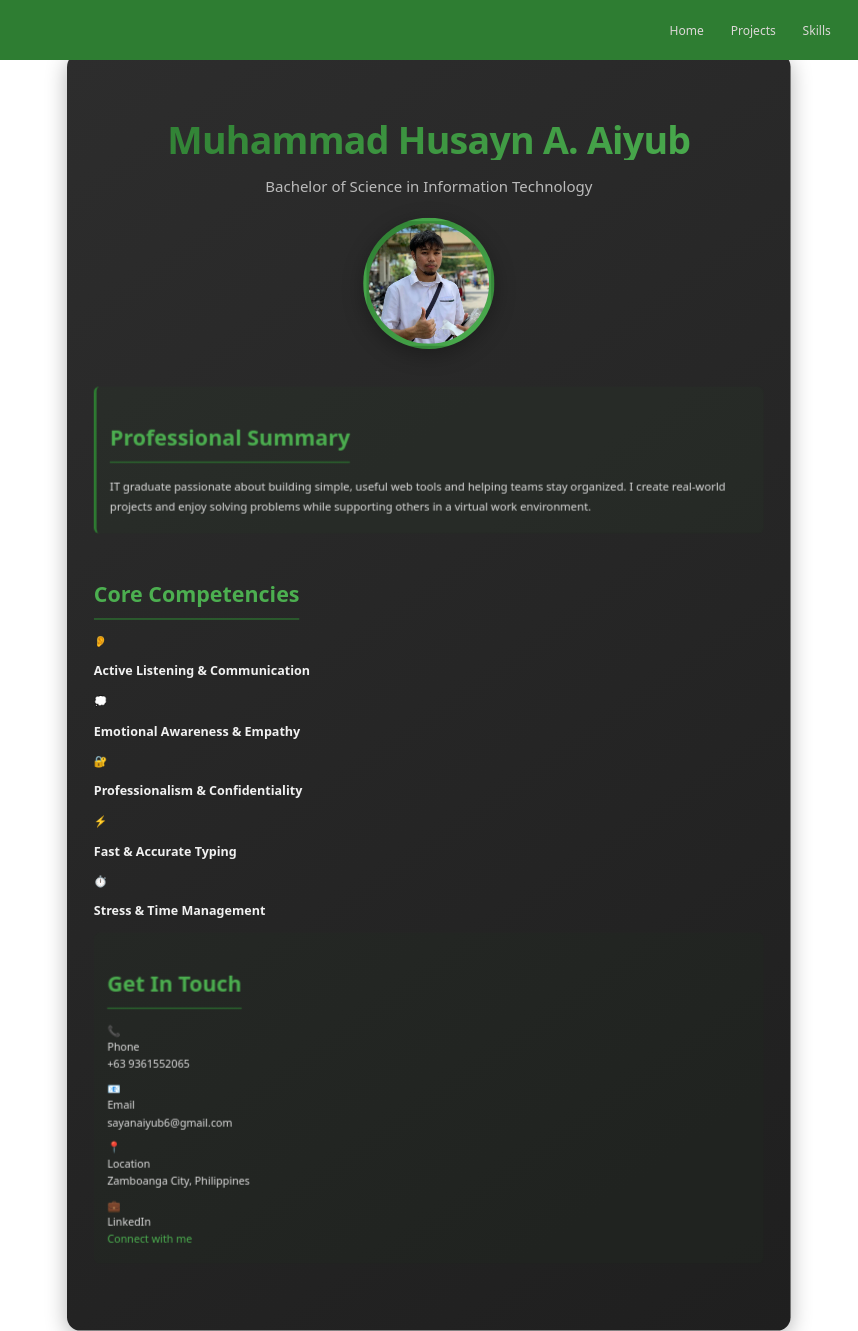
Repository: SAYANA11/portfolio
Page: /
The author's editor kept a copy of each file at every save. The page is drawn from the files as they stood at one save, then again after the next save.
The browser window is 1280 px wide. The pictures show the whole page, at 67% of full size.
The project was rebuilt for these pictures with package versions that can differ from the ones it lists, and the page was loaded fresh each time. Also part of the build but not shown: vite.config.js, src/components/Projects.css, src/components/Projects.jsx, src/components/Skills.css, src/components/Skills.jsx.

Above is the page before, as saved 2026-02-16 20:41:24.

After the next save:
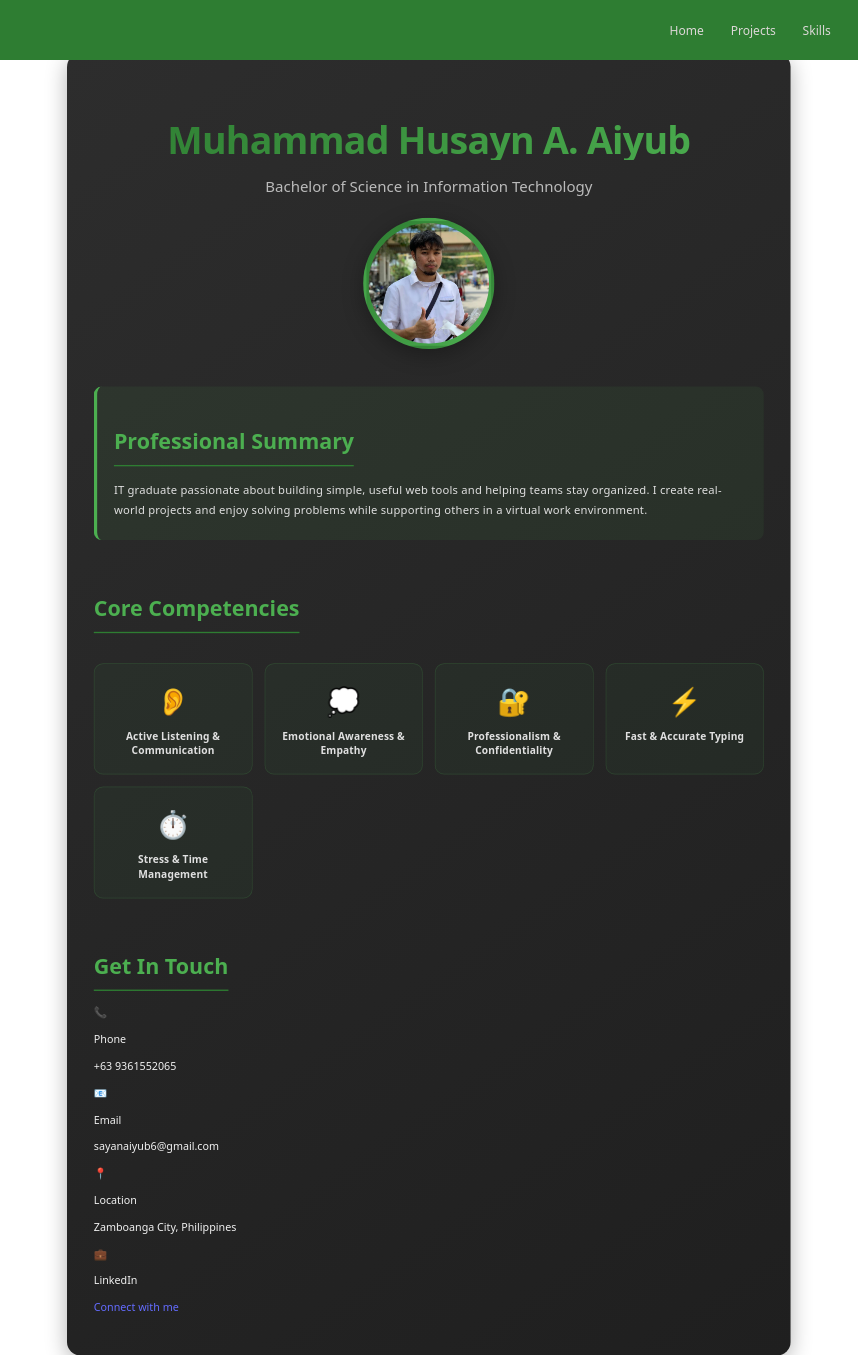
Saved 10 s later.
--- a/src/components/Hero.css
+++ b/src/components/Hero.css
@@ -127,21 +127,84 @@
 
       /* About Section */
       .about-section {
-        margin-bottom: 40px;
-        padding: 25px 20px;
-        background: rgba(46, 125, 50, 0.05);
-        border-left: 4px solid var(--primary-green);
-        border-radius: 8px;
-        animation: fadeInUp 0.8s ease-out 0.2s both;
-      }
-
-      .about-text {
-        font-size: 1.05rem;
-        line-height: 1.8;
-        color: #ddd;
-        margin: 0;
-      }
-
+  margin-bottom: 50px;
+  padding: 30px 25px;
+  background: rgba(76, 175, 80, 0.08);
+  border-left: 5px solid var(--primary-green-light);
+  border-radius: 12px;
+  animation: fadeInUp 0.8s ease-out 0.2s both;
+  transition: all 0.3s ease;
+}
+
+.about-section:hover {
+  background: rgba(76, 175, 80, 0.12);
+  box-shadow: 0 8px 24px rgba(46, 125, 50, 0.12);
+  transform: translateX(4px);
+}
+
+.about-text {
+  font-size: 1.05rem;
+  line-height: 1.8;
+  color: #e0e0e0;
+  margin: 0;
+  letter-spacing: 0.3px;
+}
+
+/* Soft Skills Section */
+.soft-skills-section {
+  margin-bottom: 50px;
+  animation: fadeInUp 0.8s ease-out 0.25s both;
+}
+
+.soft-skills-grid {
+  display: grid;
+  grid-template-columns: repeat(auto-fit, minmax(200px, 1fr));
+  gap: 18px;
+  margin-top: 25px;
+}
+
+.skill-item {
+  padding: 25px;
+  background: rgba(76, 175, 80, 0.06);
+  border: 1px solid rgba(76, 175, 80, 0.2);
+  border-radius: 14px;
+  text-align: center;
+  transition: all 0.3s cubic-bezier(0.4, 0, 0.2, 1);
+  cursor: default;
+  animation: fadeInUp 0.6s ease-out both;
+}
+
+.skill-item:nth-child(1) { animation-delay: 0.3s; }
+.skill-item:nth-child(2) { animation-delay: 0.35s; }
+.skill-item:nth-child(3) { animation-delay: 0.4s; }
+.skill-item:nth-child(4) { animation-delay: 0.45s; }
+.skill-item:nth-child(5) { animation-delay: 0.5s; }
+
+.skill-item:hover {
+  background: rgba(76, 175, 80, 0.15);
+  border-color: rgba(76, 175, 80, 0.4);
+  transform: translateY(-8px);
+  box-shadow: 0 12px 32px rgba(46, 125, 50, 0.2);
+}
+
+.skill-icon {
+  font-size: 2.5rem;
+  margin-bottom: 12px;
+  display: block;
+  transition: transform 0.3s ease;
+}
+
+.skill-item:hover .skill-icon {
+  transform: scale(1.15) rotate(5deg);
+}
+
+.skill-item h3 {
+  font-size: 0.95rem;
+  color: #e0e0e0;
+  margin: 0;
+  font-weight: 600;
+  line-height: 1.4;
+  letter-spacing: 0.2px;
       /* Contact Section */
       .contact-section {
         margin-bottom: 40px;
